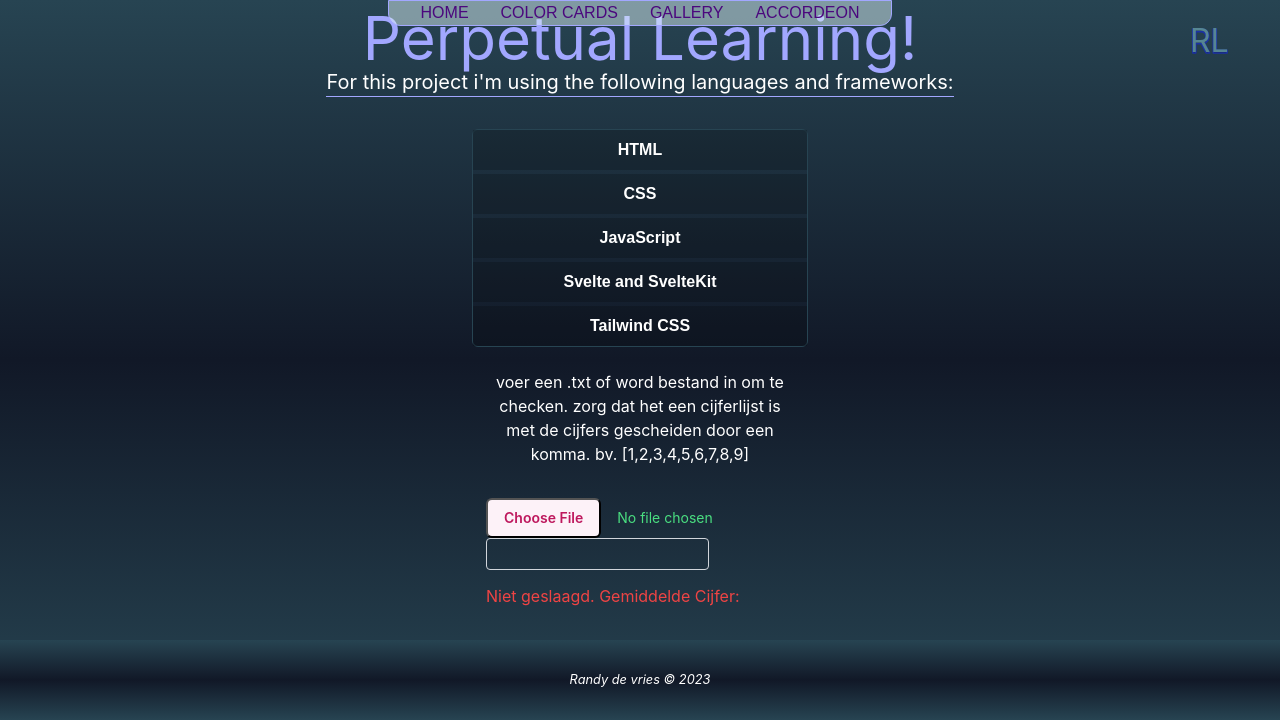
Repository: Freezler/svelte-app
Page: /links
These files come from the project's save history. The page is drawn as it stood at one moment and after the next save; the edit follows.
The browser window is 1280 px wide. The pictures show the whole page.
The project was rebuilt for these pictures with package versions that can differ from the ones it lists, and the page was loaded fresh each time. The framework's server and built-in components were replaced by stand-ins that run in the browser. Also part of the build but not shown: svelte.config.js, vite.config.js.

Above is the page before, as saved 2023-11-12 12:16:39.

After the next save:
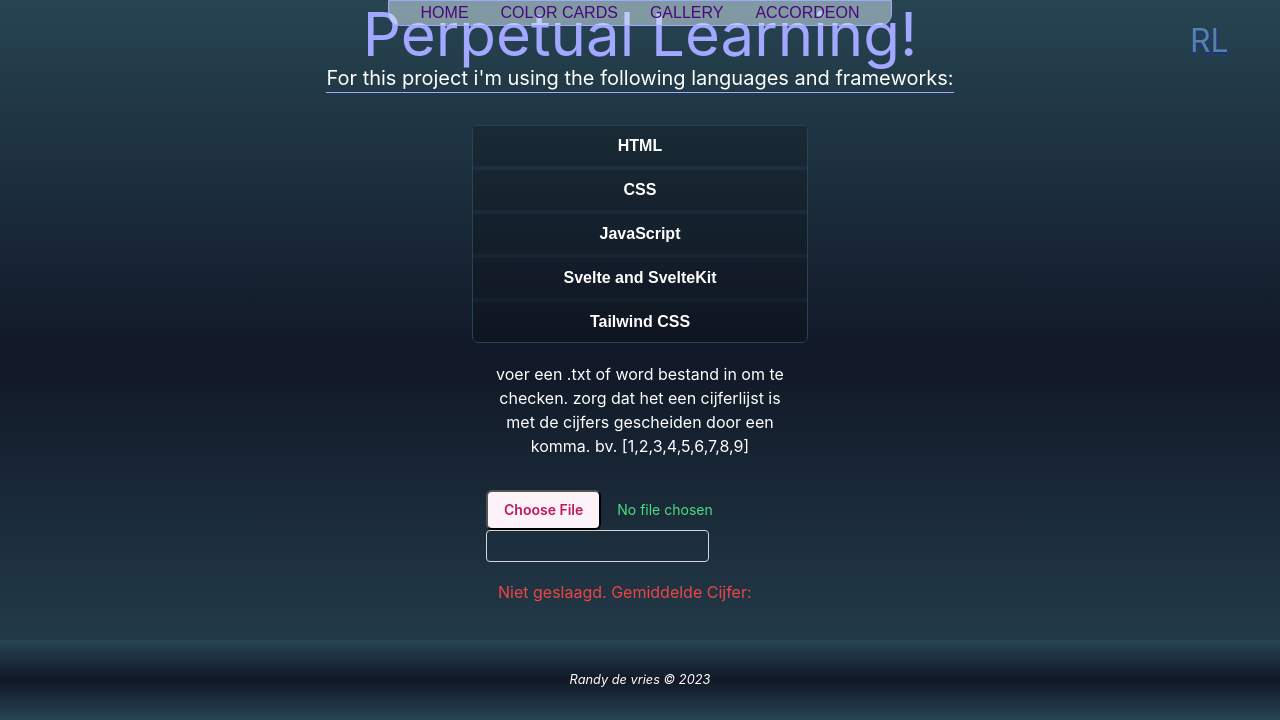
Saved 28 s later.
--- a/src/components/CijferlijstInput.svelte
+++ b/src/components/CijferlijstInput.svelte
@@ -54,6 +54,6 @@
 	{#if isSuccess}
 	  <h3 class="text-green-500 mt-2 mx-auto px-3 py-1">Van harte gefeliciteerd, je bent geslaagd! Gemiddelde Cijfer: {gemiddeldeCijfer}</h3>
 	{:else}
-	  <h3 class="text-red-500 mt-2 mx-auto">Niet geslaagd. Gemiddelde Cijfer: {gemiddeldeCijfer}</h3>
+	  <h3 class="text-red-500 mt-2 mx-auto px-3 py-1">Niet geslaagd. Gemiddelde Cijfer: {gemiddeldeCijfer}</h3>
 	{/if}
   </div>
